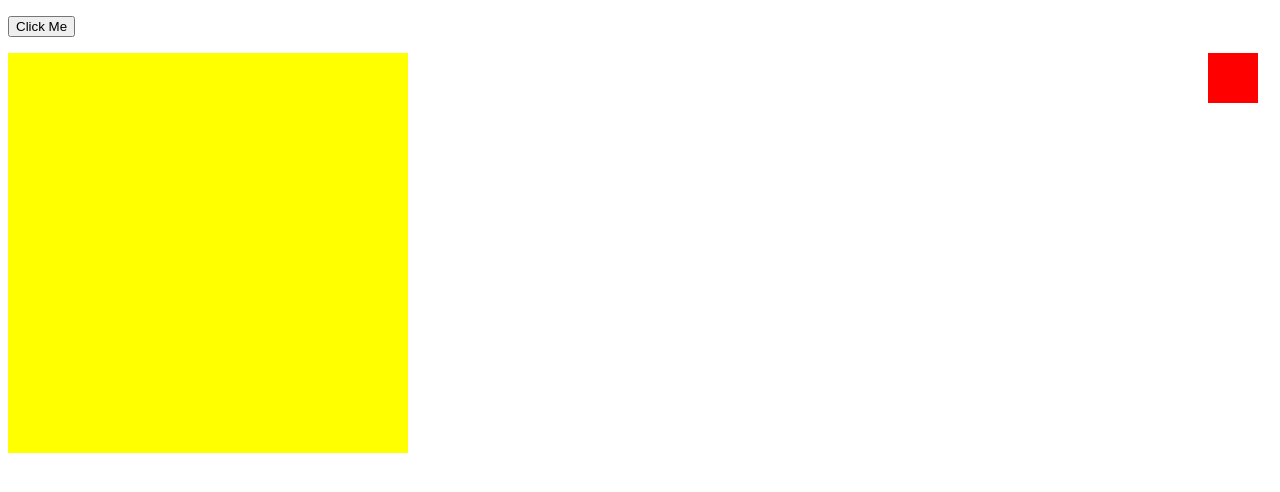
Repository: jcohenp/DI_Exercises
Page: W3/D3/normal/ex_1/index.html
An editor plug-in stored every save of this project. The page is shown before and after the next save, followed by the edit.
The browser window is 1280 px wide. The pictures show the whole page.
After loading, the first visible `button` was clicked once.

Above is the page before, as saved 2020-08-25 15:22:54.

### W3/D3/normal/ex_1/index.html
<!DOCTYPE html>
<html lang="en">

<head>
    <meta charset="UTF-8">
    <meta name="viewport" content="width=device-width, initial-scale=1.0">
    <title>Document</title>
    <style>
        #container {
            width: 400px;
            height: 400px;
            position: relative;
            background: yellow;
        }

        #animate {
            width: 50px;
            height: 50px;
            position: absolute;
            background-color: red;
        }
    </style>
</head>

<body>
    <p><button onclick="myMove()">Click Me</button></p>
    <div id="container">
        <div id="animate"></div>
    </div>
    <script src="./js/script.js"></script>
</body>

</html>

### W3/D3/normal/ex_1/js/script.js
function myMove() {
    let box = document.getElementById("animate");
    let container = document.getElementById("container");
    // container.style.position = relative;
    let speed = 1;
    var pos = 0;
    var id = setInterval(frame, 5);

    function frame() {
        if (pos == 100 - box.width) {
            clearInterval(id);
        } else {
            pos += speed;
            box.style.left = pos + "%"
        }
    }

}

After the next save:
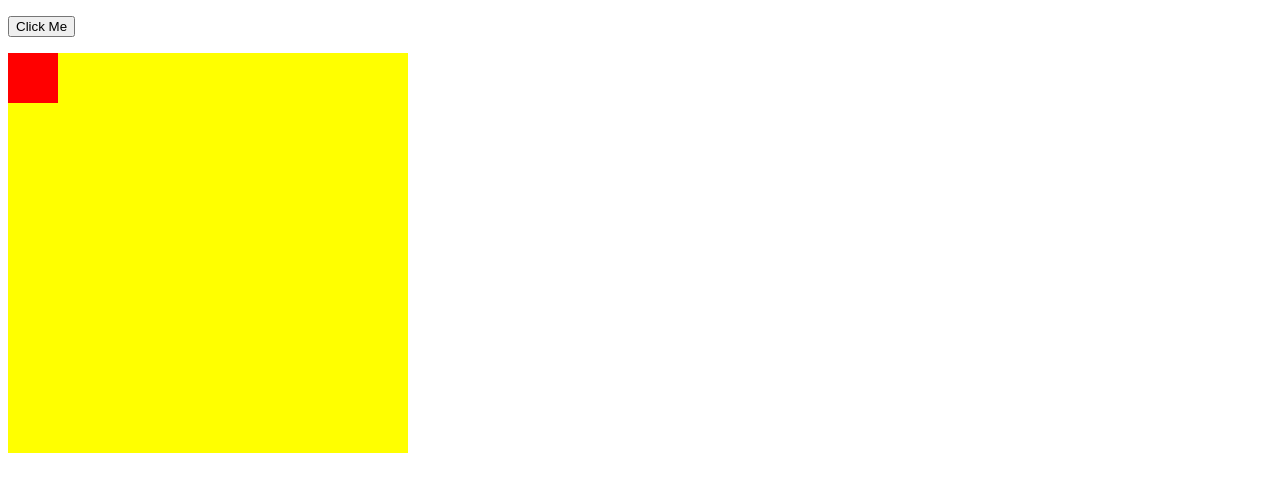
Console error: ReferenceError: relative is not defined
Saved 25 s later.
--- a/W3/D3/normal/ex_1/js/script.js
+++ b/W3/D3/normal/ex_1/js/script.js
@@ -1,7 +1,8 @@
 function myMove() {
     let box = document.getElementById("animate");
     let container = document.getElementById("container");
-    // container.style.position = relative;
+    container.style.position = relative;
+    box.style.position = absolute;
     let speed = 1;
     var pos = 0;
     var id = setInterval(frame, 5);

After the 2 saves that followed:
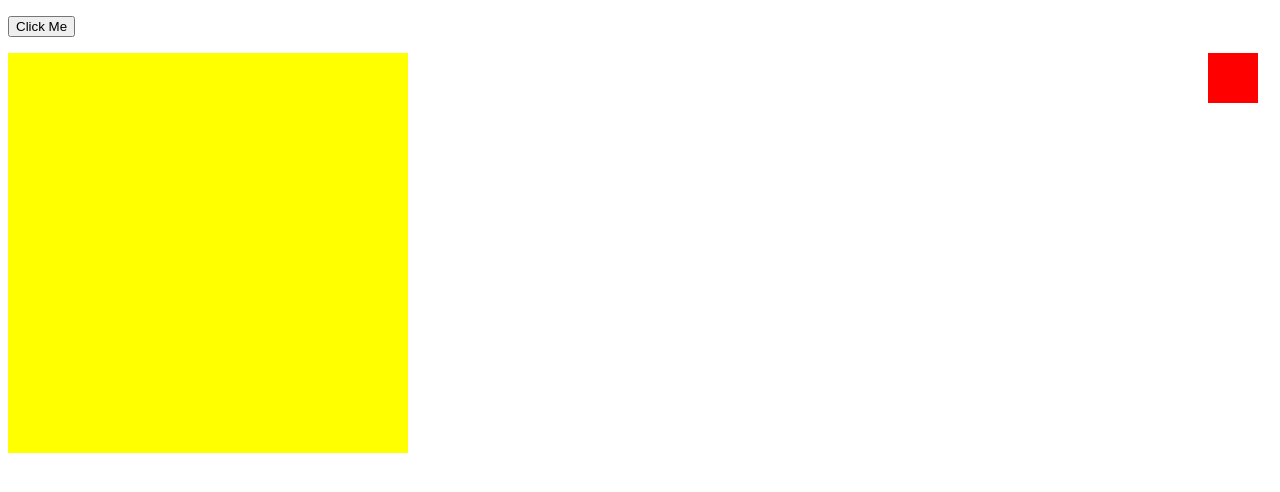
The error is gone.
The 2 saves are shown as one change because 1 left the picture as it was.
The last was saved 15 s later.
--- a/W3/D3/normal/ex_1/js/script.js
+++ b/W3/D3/normal/ex_1/js/script.js
@@ -1,8 +1,8 @@
 function myMove() {
     let box = document.getElementById("animate");
     let container = document.getElementById("container");
-    container.style.position = relative;
-    box.style.position = absolute;
+    container.style.position = "relative";
+    box.style.position = "absolute";
     let speed = 1;
     var pos = 0;
     var id = setInterval(frame, 5);
